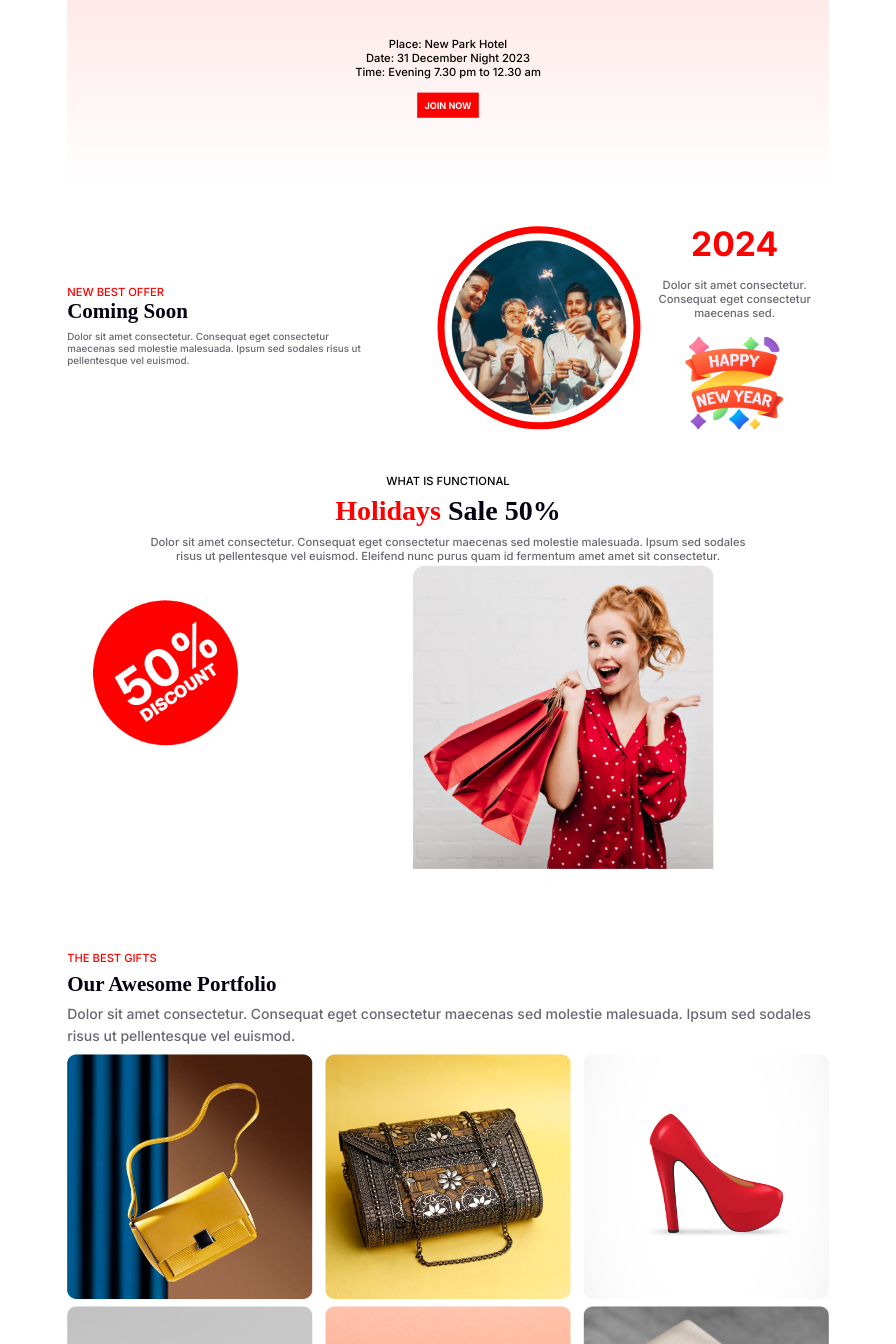
Repository: sumonkumarsarkar/new-year-2024
Page: index.html
An editor plug-in stored every save of this project. The page is shown before and after the next save, followed by the edit.
The browser window is 1280 px wide. The pictures show the part of the page from y = 2116 to 4036 px (the page is 5500 px tall), at 70% of full size.

Above is the page before, as saved 2024-01-08 18:04:33.

After the next save:
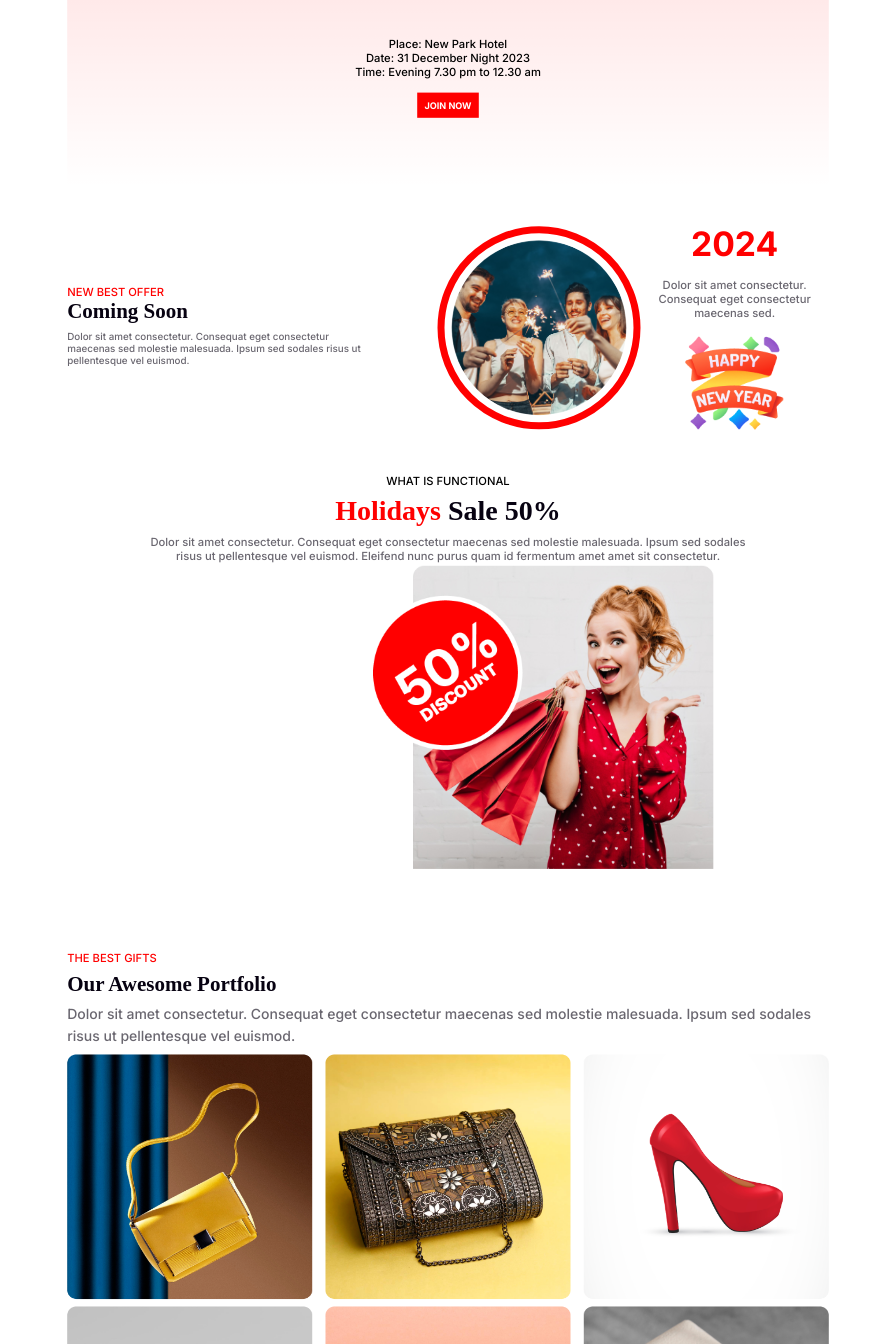
Saved 49 s later.
--- a/style.css
+++ b/style.css
@@ -301,7 +301,7 @@ span{
 
 .holiday-img{
 display: flex;
-    position: relative;
+position: relative;
 
 }
 .holiday-img .div1 img{
@@ -309,7 +309,7 @@ display: flex;
 position: relative;
 z-index: 1;
 top: 0;
-right: 200px;
+right: -200px;
 
 
 }
